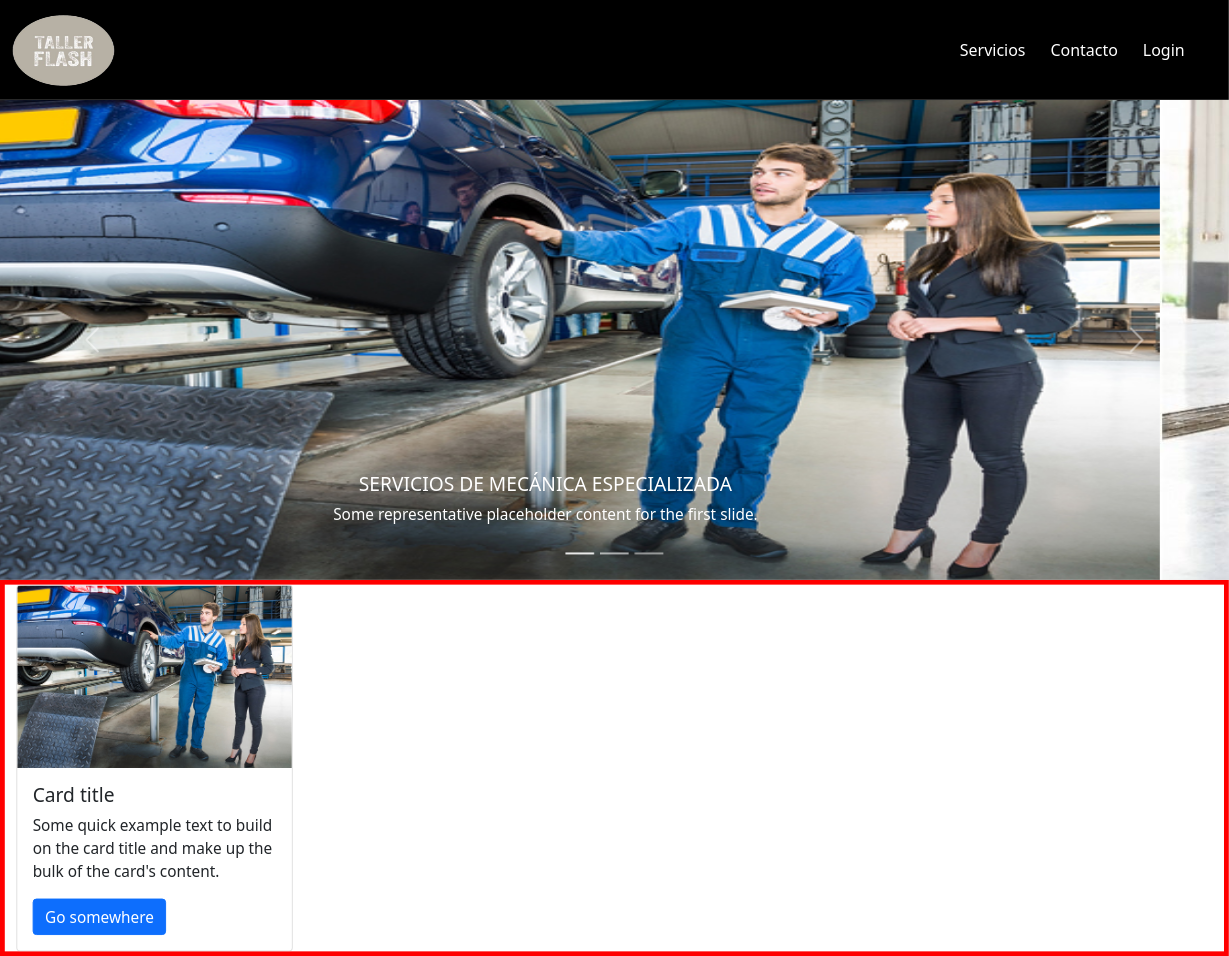
Repository: nder1996/Boostrap.Taller.Arquitectura
Page: Index.html
An editor plug-in stored every save of this project. The page is shown before and after the next save, followed by the edit.
The browser window is 1280 px wide. The pictures show the whole page, at 96% of full size.

Above is the page before, as saved 2021-07-23 06:18:36.

### Index.html
<!DOCTYPE html>
<html lang="en">

<head>
	<meta charset="UTF-8">
	<meta name="viewport" content="width=device-width, initial-scale=1.0">
	<link rel="shortcut icon" href="img/Logo.png">
	<link href="https://cdn.jsdelivr.net/npm/bootstrap@5.0.2/dist/css/bootstrap.min.css" rel="stylesheet"
		integrity="sha384-EVSTQN3/azprG1Anm3QDgpJLIm9Nao0Yz1ztcQTwFspd3yD65VohhpuuCOmLASjC" crossorigin="anonymous">
	<link rel="stylesheet" href="https://cdnjs.cloudflare.com/ajax/libs/font-awesome/5.15.3/css/all.min.css"
		integrity="sha512-iBBXm8fW90+nuLcSKlbmrPcLa0OT92xO1BIsZ+ywDWZCvqsWgccV3gFoRBv0z+8dLJgyAHIhR35VZc2oM/gI1w=="
		crossorigin="anonymous" referrerpolicy="no-referrer" />
	<link rel="stylesheet" href="css/style.css">
	<title>Taller Automotriz</title>
</head>

<body>

	<nav class="navbar navbar-expand-lg navbar-light">
		<div class="container-fluid">
			<a class="navbar-brand" href="#"><img src="img/Logo.png" alt="" style='width: 110px; height: 78px;'></a>
			<button class="navbar-toggler" type="button" data-bs-toggle="collapse" data-bs-target="#navbarNav"
				aria-controls="navbarNav" aria-expanded="false" aria-label="Toggle navigation">
				<span class="navbar-toggler-icon"></span>
			</button>
			<div class="collapse navbar-collapse" id="navbarNav">
				<ul class="navbar-nav ms-auto">
					<li class="nav-item">
						<a class="nav-link active" aria-current="page" href="#">Servicios</a>
					</li>
					<li class="nav-item">
						<a class="nav-link" href="#">Contacto</a>
					</li>
					<li class="nav-item">
						<a class="nav-link" href="#">Login</a>
					</li>
				</ul>
			</div>
		</div>
	</nav>
	<div id="carouselExampleCaptions" class="carousel slide" data-bs-ride="carousel">
		<div class="carousel-indicators">
			<button type="button" data-bs-target="#carouselExampleCaptions" data-bs-slide-to="0" class="active"
				aria-current="true" aria-label="Slide 1"></button>
			<button type="button" data-bs-target="#carouselExampleCaptions" data-bs-slide-to="1"
				aria-label="Slide 2"></button>
			<button type="button" data-bs-target="#carouselExampleCaptions" data-bs-slide-to="2"
				aria-label="Slide 3"></button>
		</div>
		<div class="carousel-inner">
			<div class="carousel-item active">
				<img src="img/Mantenimiento_1.jpg" class="d-block w-100" alt="...">
				<div class="carousel-caption d-none d-md-block">
					<h5>SERVICIOS DE MECÁNICA
						ESPECIALIZADA</h5>
					<p>Some representative placeholder content for the first slide.</p>
				</div>
			</div>
			<div class="carousel-item">
				<img src="img/Mantenimiento_3.png" class="d-block w-100" alt="...">
				<div class="carousel-caption d-none d-md-block">
					<h5>SERVICIOS DE MECÁNICA
						ESPECIALIZADA</h5>
					<p>Some representative placeholder content for the second slide.</p>
				</div>
			</div>
			<div class="carousel-item">
				<img src="img/Mantenimiento_2.png" class="d-block w-100" alt="...">
				<div class="carousel-caption d-none d-md-block">
					<h5>Third slide label</h5>
					<p>Some representative placeholder content for the third slide.</p>
				</div>
			</div>
		</div>
		<button class="carousel-control-prev" type="button" data-bs-target="#carouselExampleCaptions"
			data-bs-slide="prev">
			<span class="carousel-control-prev-icon" aria-hidden="true"></span>
			<span class="visually-hidden">Previous</span>
		</button>
		<button class="carousel-control-next" type="button" data-bs-target="#carouselExampleCaptions"
			data-bs-slide="next">
			<span class="carousel-control-next-icon" aria-hidden="true"></span>
			<span class="visually-hidden">Next</span>
		</button>
	</div>


	<div class="Servicios container-fluid">
		<div class="card" style="width: 18rem;">
			<img src="img/Mantenimiento_1.jpg" class="card-img-top" alt="...">
			<div class="card-body">
			  <h5 class="card-title">Card title</h5>
			  <p class="card-text">Some quick example text to build on the card title and make up the bulk of the card's content.</p>
			  <a href="#" class="btn btn-primary">Go somewhere</a>
			</div>
		  </div>


	</div>
	<!--
		<div><img src="img/Mantenimiento_2.png" alt="" width="300px" height="300px"></div>
		<div><img src="img/Mantenimiento_3.png" alt="" width="300px" height="300px"></div>
		<div><img src="img/Mantenimiento_4.png" alt="" width="300px" height="300px"></div>
		-->











	<script src="https://cdn.jsdelivr.net/npm/bootstrap@5.0.2/dist/js/bootstrap.bundle.min.js"
		integrity="sha384-MrcW6ZMFYlzcLA8Nl+NtUVF0sA7MsXsP1UyJoMp4YLEuNSfAP+JcXn/tWtIaxVXM" crossorigin="anonymous">
	</script>
	<script src="https://cdnjs.cloudflare.com/ajax/libs/jquery/3.6.0/jquery.min.js"
		integrity="sha512-894YE6QWD5I59HgZOGReFYm4dnWc1Qt5NtvYSaNcOP+u1T9qYdvdihz0PPSiiqn/+/3e7Jo4EaG7TubfWGUrMQ=="
		crossorigin="anonymous" referrerpolicy="no-referrer"></script>
</body>

</html>

### css/style.css
nav{
    background-color: black !important;
}

nav li{
    position:relative;
    margin-left: 10px;
    left:-10%;
}

nav li a{
    color:white !important;
    font-size: 1.3vw;
}

.carousel-inner{
    position:relative;
    width: 100%;
    height: 500px;
}

.carousel-item img{
    position:relative;
    width: 100%;
    height: 500px;
}

.Servicios{
    position:relative;
    border:5px solid red;

}

After the next save:
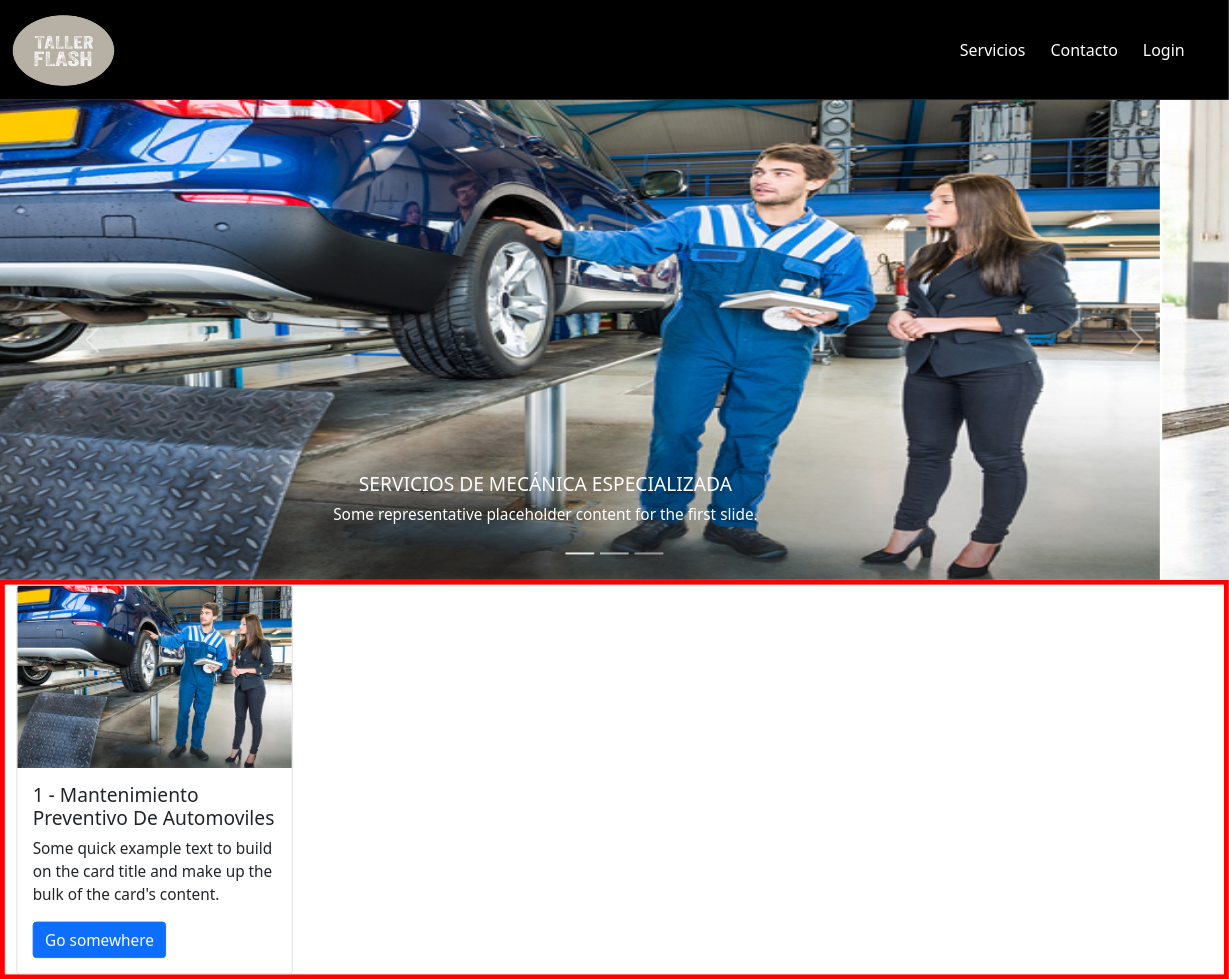
Saved 27 s later.
--- a/Index.html
+++ b/Index.html
@@ -89,7 +89,7 @@
 		<div class="card" style="width: 18rem;">
 			<img src="img/Mantenimiento_1.jpg" class="card-img-top" alt="...">
 			<div class="card-body">
-			  <h5 class="card-title">Card title</h5>
+			  <h5 class="card-title">1 - Mantenimiento Preventivo De Automoviles</h5>
 			  <p class="card-text">Some quick example text to build on the card title and make up the bulk of the card's content.</p>
 			  <a href="#" class="btn btn-primary">Go somewhere</a>
 			</div>
